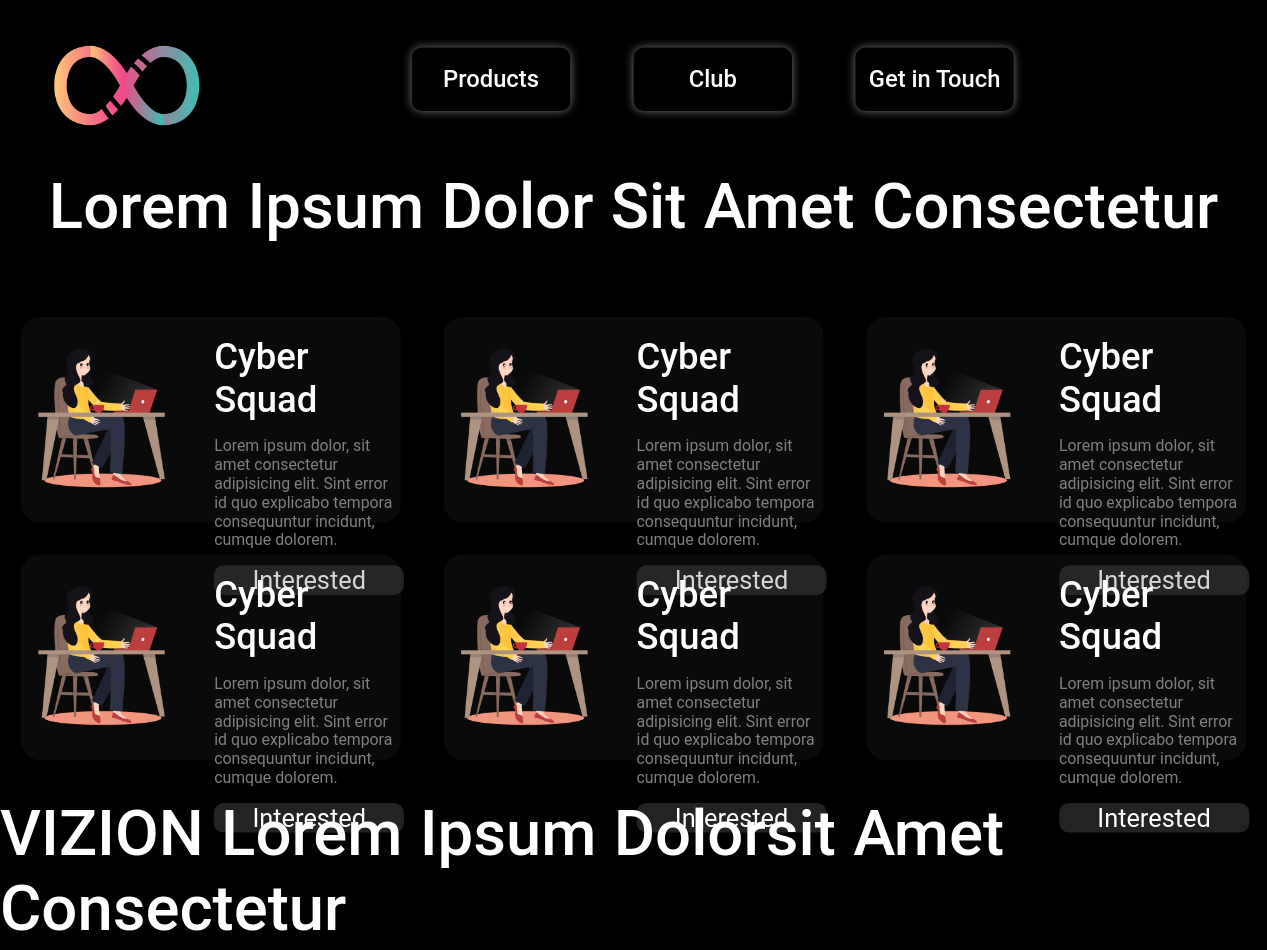
Repository: kapil4457/vizion-internship-project
Page: /
An editor plug-in stored every save of this project. The page is shown before and after the next save, followed by the edit.
The browser window is 1280 px wide. The pictures show the whole page, at 99% of full size.
The project was rebuilt for these pictures with package versions that can differ from the ones it lists, and the page was loaded fresh each time. Also part of the build but not shown: src/index.css.

Above is the page before, as saved 2022-10-29 10:26:57.

After the next save:
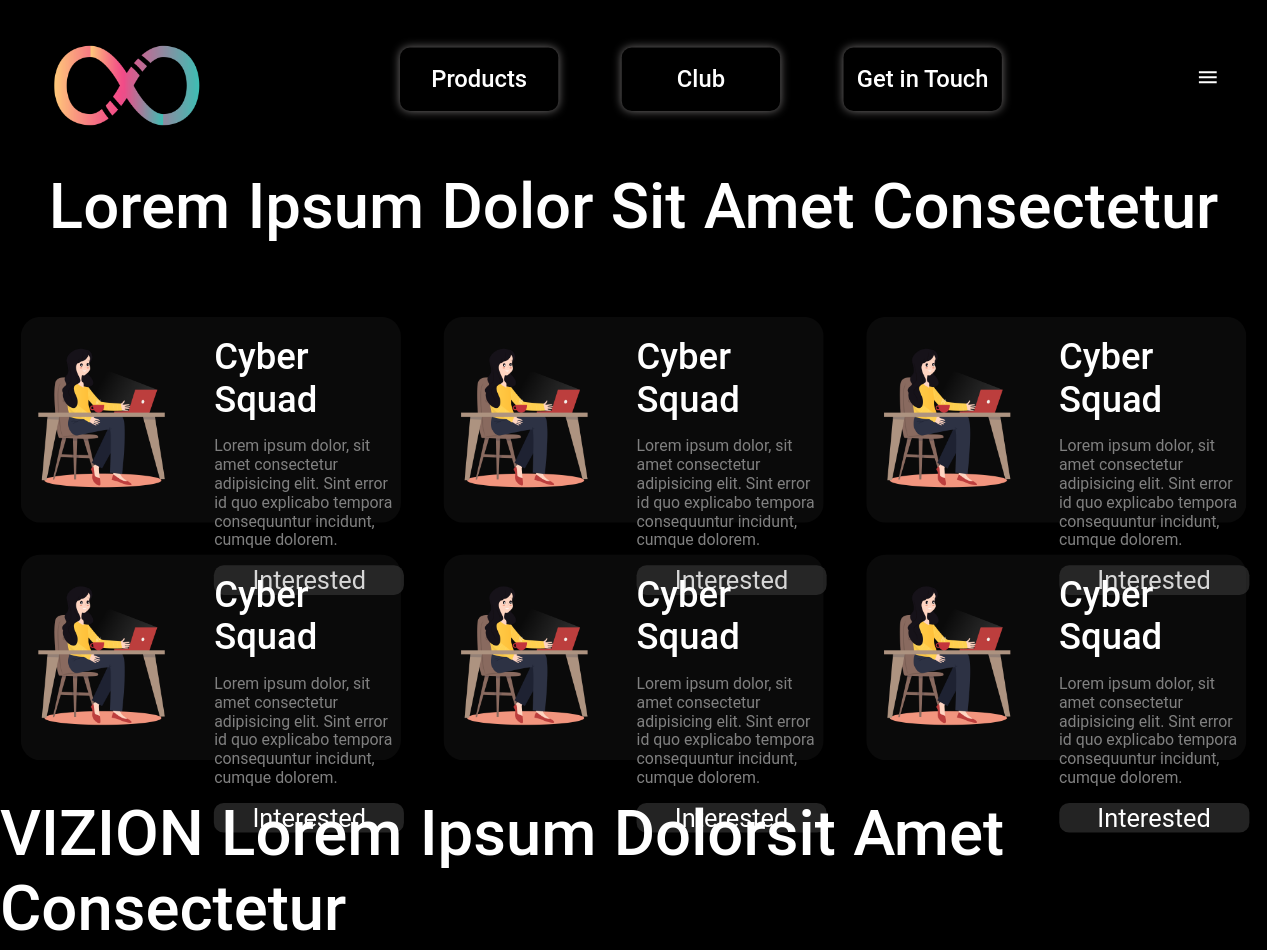
Saved 2 s later.
--- a/src/components/Header/Header.jsx
+++ b/src/components/Header/Header.jsx
@@ -1,6 +1,7 @@
 import React from "react";
 import { NavLink } from "react-router-dom";
 import Logo from "./logo.png";
+import MenuIcon from "@mui/icons-material/Menu";
 import "./Header.css";
 const Header = () => {
   return (
@@ -13,7 +14,9 @@ const Header = () => {
         <NavLink to="/club">Club</NavLink>
         <NavLink to="/contact">Get in Touch</NavLink>
       </div>
-      <div className="right-ham"></div>
+      <div className="right-ham">
+        <MenuIcon />
+      </div>
     </div>
   );
 };
